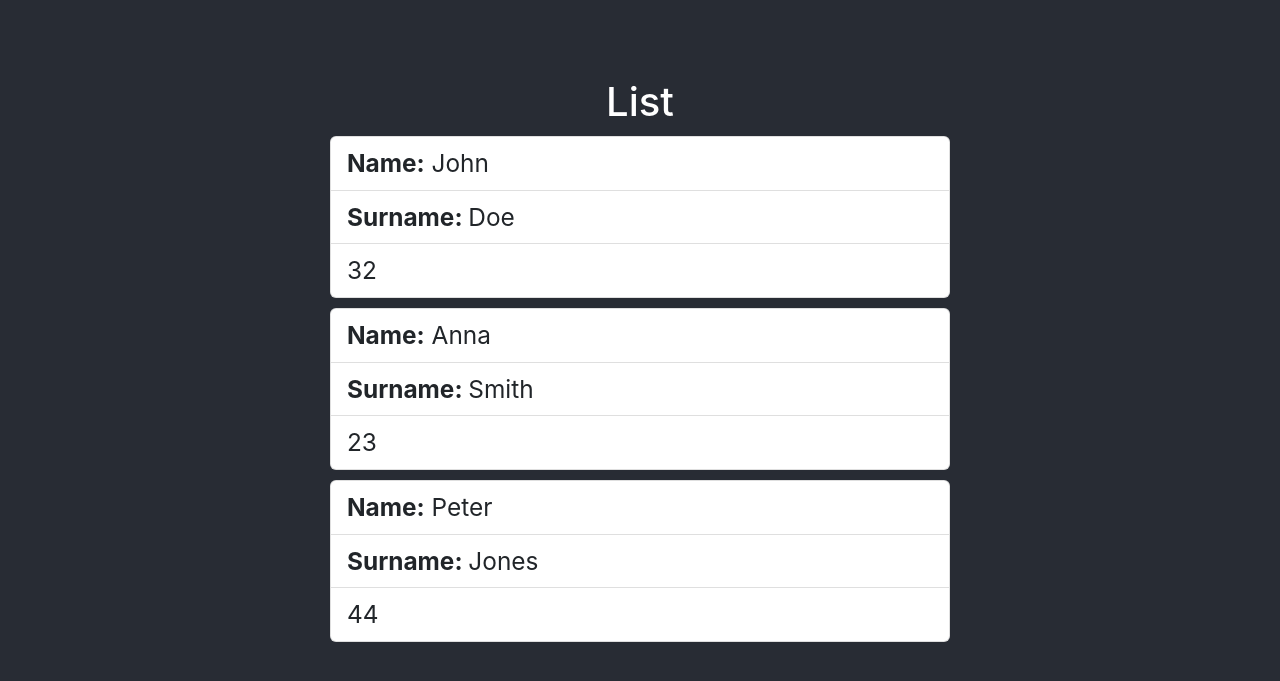
Repository: JasonMorta/ExamplesWithReact
Page: / (app in examples/)
An editor plug-in stored every save of this project. The page is shown before and after the next save, followed by the edit.
The browser window is 1280 px wide. The pictures show the whole page.
The project was rebuilt for these pictures with package versions that can differ from the ones it lists, and the page was loaded fresh each time.

Above is the page before, as saved 2022-10-03 19:49:53.

After the next save:
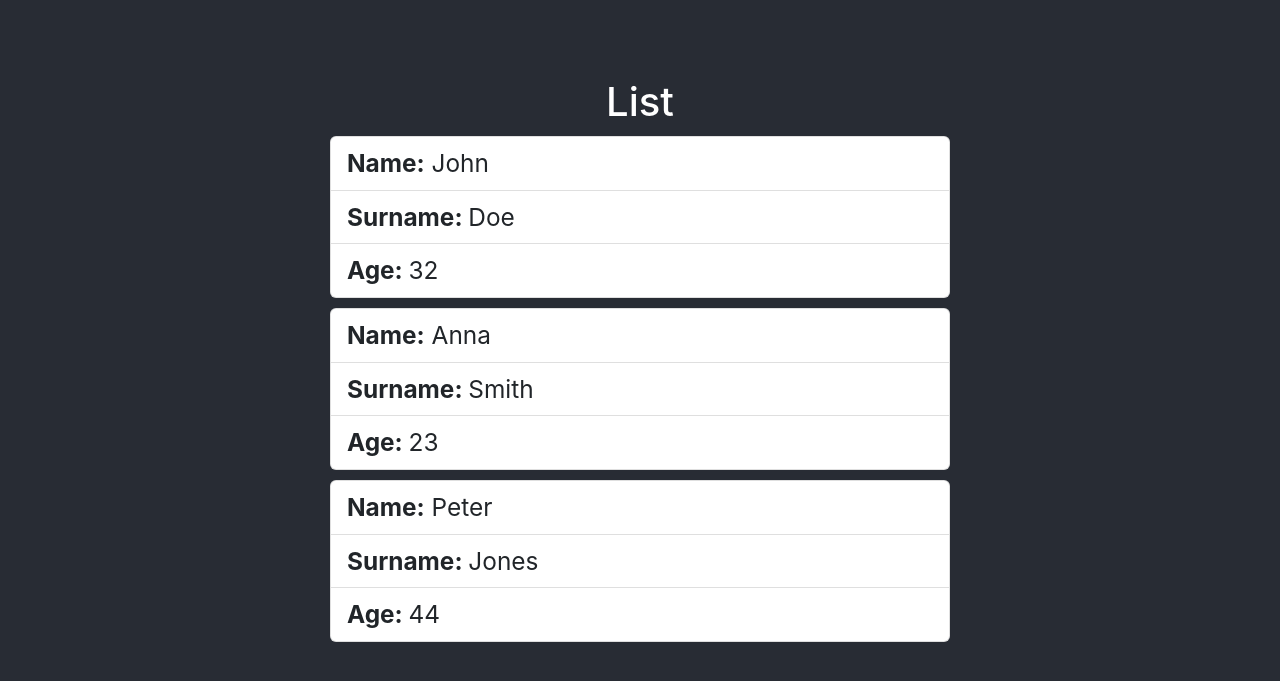
Saved 9 s later.
--- a/examples/src/components/Instance.jsx
+++ b/examples/src/components/Instance.jsx
@@ -18,7 +18,7 @@
         <ul class="list-group">
           <li class="list-group-item"><b>Name:</b> {obj.firstName}</li>
           <li class="list-group-item"><b>Surname: </b>{obj.lastName}</li>
-          <li class="list-group-item">{obj.age}</li>
+          <li class="list-group-item"><b>Age: </b>{obj.age}</li>
         </ul>
       )}
     </div>
